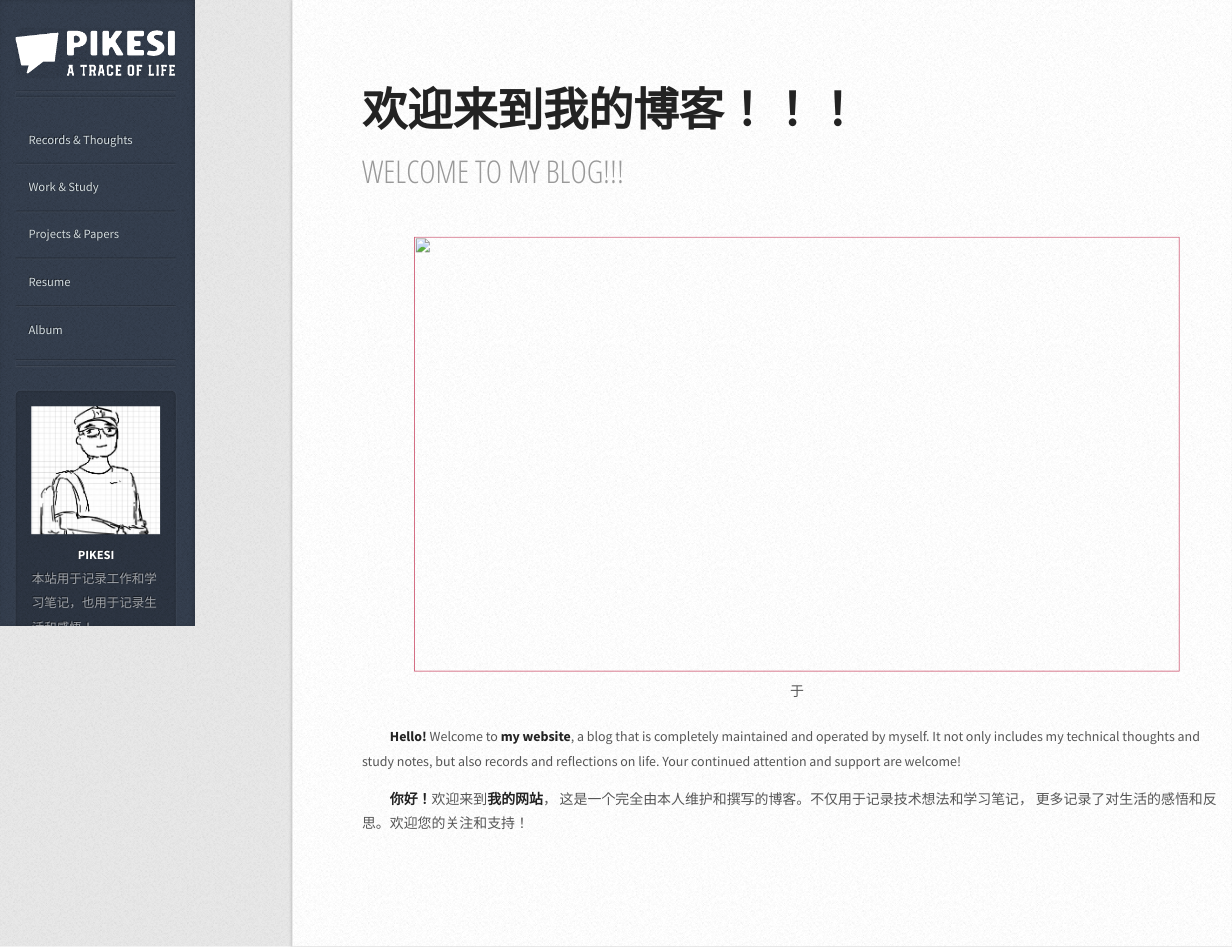
Repository: PiKesi522/PiKesi522.github.io
Page: index.html
An editor plug-in stored every save of this project. The page is shown before and after the next save, followed by the edit.
The browser window is 1280 px wide. The page is 1416 px wide, so the pictures cover 1416 px, including what lies to the right of the window. The pictures show the whole page, at 87% of full size.
The page's requests for data from a server got no answer.

Above is the page before, as saved 2023-04-12 16:55:13.

### index.html
<!DOCTYPE HTML>
<!--
	Striped by HTML5 UP
	html5up.net | @ajlkn
	Free for personal and commercial use under the CCA 3.0 license (html5up.net/license)
-->
<html>

<head>
	<title>PiKesi's Home on the Internet</title>
	<meta charset="utf-8" />
	<meta name="viewport" content="width=device-width, initial-scale=1, user-scalable=no" />
	<link rel="stylesheet" href="assets/css/main.css" />
	<script>
		const folderUrl = "MainPage/";
		const xhr = new XMLHttpRequest();
		xhr.onreadystatechange = function () {
			if (this.readyState === 4 && this.status === 200) {
				const folderContent = xhr.responseText;
				const jpgFileRegex = /<a href="\/MainPage\/([^"]+\.jpg)"[^>]*>/g;
				const jpgFiles = [];
				let match;
				while (match = jpgFileRegex.exec(folderContent)) {
					jpgFiles.push(match[1]);
				}
				console.log(jpgFiles);
				const randomIndex = Math.floor(Math.random() * jpgFiles.length);
				const selectedJpgFile = jpgFiles[randomIndex];
				const selectedJpgFilePath = folderUrl + decodeURIComponent(selectedJpgFile);
				console.log("Selected JPG file name: ", decodeURIComponent(selectedJpgFile));
				console.log("Selected JPG file path: ", selectedJpgFilePath);

				// Update the image element and date/location elements with the selected values
				const imgElement = document.querySelector(".random-display img");
				imgElement.src = selectedJpgFilePath;

				const photoInfo = decodeURIComponent(selectedJpgFile).split("-");
				const selectedYear = photoInfo[0]; // Replace with actual year
				const selectedLocation = photoInfo[1] + " " + photoInfo[2].split(".")[0]; // Replace with actual location
				const yearElement = document.querySelector(".random-display .year");
				yearElement.textContent = selectedYear;
				const locationElement = document.querySelector(".random-display .location");
				locationElement.textContent = selectedLocation;
			}
		};
		xhr.open("GET", folderUrl);
		xhr.send();
	</script>
</head>

<body class="is-preload">

	<!-- Content -->
	<div id="content">
		<div class="inner">

			<!-- 我的第一个博客 -->
			<article class="box post post-excerpt">
				<header>
					<h2>欢迎来到我的博客！！！</h2>
					<p>WELCOME TO MY BLOG!!!</p>
				</header>
				<!-- <div class="info">
					<span class="date">
						<span class="day">Top</span>
					</span>

				</div> -->
				<div class="random-display">
					<a class="image featured" href="">
						<img width="1000px" height="500px" src="" alt="" />
					</a>
					<div style="text-align: center; margin: 0 0 1.5em 0;"><span class="year"></span> 于 <strong><span
								class="location"></span></strong></div>
				</div>
				<div style=" text-indent:2em">
					<strong>Hello!</strong> Welcome to <strong> my website</strong>,
					a blog that is completely maintained and operated by myself.
					It not only includes my technical thoughts and study notes,
					but also records and reflections on life.
					Your continued attention and support are welcome!
					<br>
				</div>
				<div style=" text-indent:2em; margin-top: 1em;">
					<strong>你好！</strong>欢迎来到<strong>我的网站</strong>，
					这是一个完全由本人维护和撰写的博客。不仅用于记录技术想法和学习笔记，
					更多记录了对生活的感悟和反思。欢迎您的关注和支持！
					<br>
				</div>
			</article>
		</div>
	</div>

	<!-- Sidebar -->
	<div id="sidebar">
		<script>
			fetch('/sidebar.html')
				.then(response => response.text())
				.then(data => {
					document.getElementById('sidebar').innerHTML = data;
				});
		</script>
	</div>

	<!-- Scripts -->
	<script src="assets/js/jquery.min.js"></script>
	<script src="assets/js/browser.min.js"></script>
	<script src="assets/js/breakpoints.min.js"></script>
	<script src="assets/js/util.js"></script>
	<script src="assets/js/main.js"></script>

</body>

</html>

### sidebar.html
<!-- Logo -->
<h1 id="logo">
    <a href="/index.html">
        <img style="width: 100%;" src="/assets/images/head1.png" alt="Logo">
        <!-- <div style="margin: 0.5em 0 0 0;">
					PiKesi
				</div> -->
    </a>
</h1>

<!-- Nav -->
<nav id="nav">
    <ul>
        <li><a href="/life.html">Records & Thoughts</a></li>
        <li><a href="/note.html">Work & Study</a></li>
        <li><a href="/projects.html">Projects & Papers</a></li>
        <li><a href="/resume.html">Resume</a></li>
        <li><a href="/photos.html">Album</a></li>
        <!-- <li><a href="#">Contact Me</a></li> -->
    </ul>
</nav>

<!-- Text -->
<section class="box text-style1">
    <div class="inner">
        <img style="width: 100%; margin: 0;" src="/assets/images/icon1.jpg" alt="Logo">
        <div style="text-align: center;">
            <strong> PIKESI </strong>
            <br />
            <!-- <strong> 爱 coding，更爱生活</strong> -->
        </div>
        <p>
            本站用于记录工作和学习笔记，也用于记录生活和感悟！
        </p>
        <div style="display: flex; justify-content: space-between; align-items: center;">
            <a style="float: left; flex: 1;" href="https://github.com/PiKesi522/PiKesi522.github.io/issues">提供建议</a>
            <!-- <span style="border-left: 10px black solid;" ></span> -->
            <a style="float: right;" href="https://github.com/PiKesi522/PiKesi522.github.io/issues">反馈问题</a>
        </div>
    </div>
</section>

Loaded but not shown: assets/js/jquery.min.js (library); assets/js/browser.min.js (common file); assets/js/breakpoints.min.js (common file); assets/css/fontawesome-all.min.css (library); assets/js/util.js (587 lines, source omitted); assets/css/main.css (3019 lines, source omitted); public/assets/js/main.js (no copy from this time; the picture is the same without it)

After the next save:
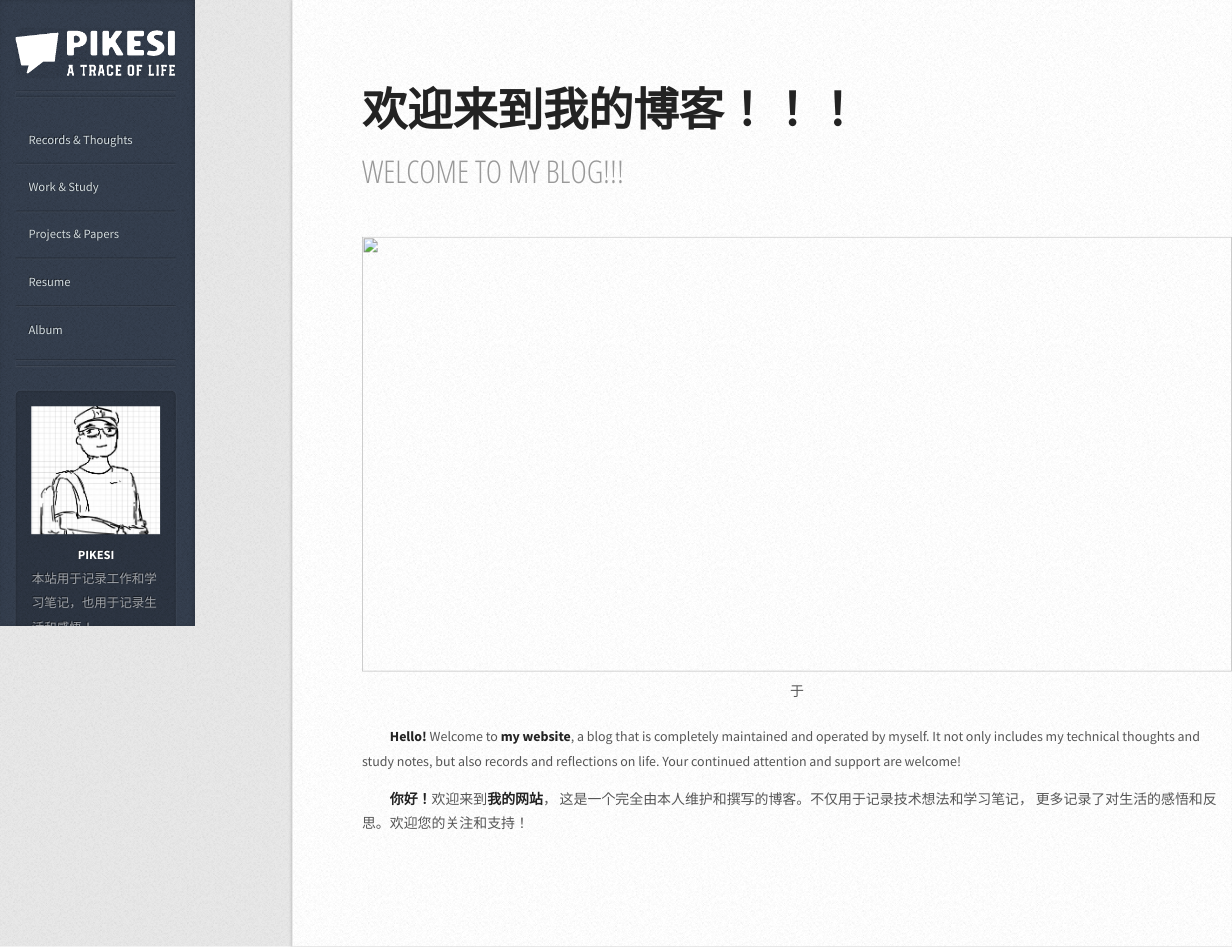
Saved 18 s later.
--- a/index.html
+++ b/index.html
@@ -67,9 +67,7 @@
 
 				</div> -->
 				<div class="random-display">
-					<a class="image featured" href="">
 						<img width="1000px" height="500px" src="" alt="" />
-					</a>
 					<div style="text-align: center; margin: 0 0 1.5em 0;"><span class="year"></span> 于 <strong><span
 								class="location"></span></strong></div>
 				</div>
